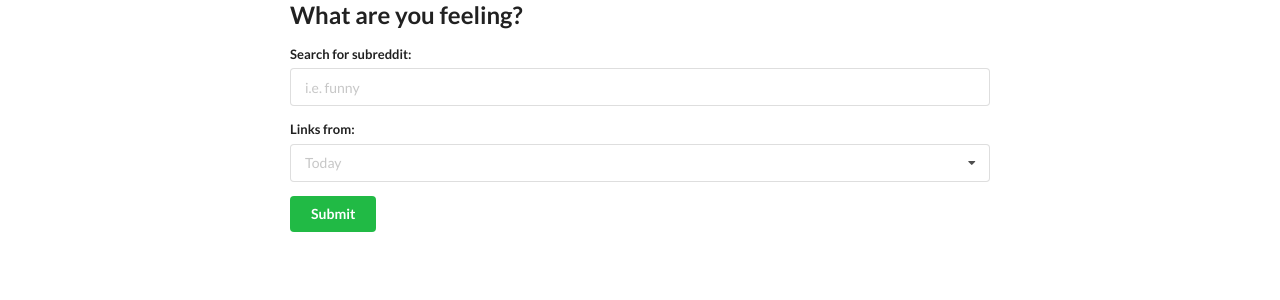
Repository: nikdmello/best-of-reddit-webapp
Page: http://localhost/
The author's editor kept a record of every edit. The page is drawn from the files as they stood at one moment, then again after the next edit.
The browser window is 1280 px wide. The pictures show the whole page.
The page is served by the project's Node server (app.js).

Above is the page before.

After the next edit:
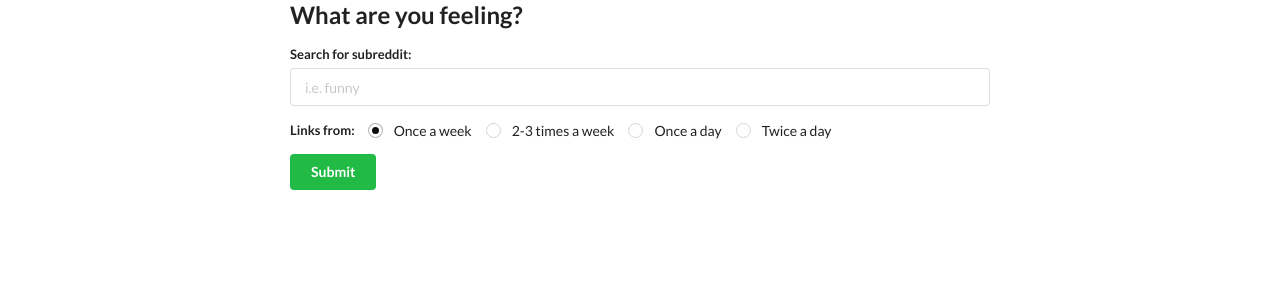
The edit:
--- a/views/search.ejs
+++ b/views/search.ejs
@@ -10,20 +10,34 @@
         <input type="text" name="search" placeholder="i.e. funny">
       </div>
 
-      <div class="field">
-        <label>Links from:</label>
-        <div class="ui selection dropdown">
-          <input type="hidden" name="gender">
-          <i class="dropdown icon"></i>
-          <div class="default text">Today</div>
-          <div class="menu">
-            <div class="item" data-value="1">Male</div>
-            <div class="item" data-value="0">Female</div>
-          </div>
-        </div>
+      <div class="inline fields">
+    <label>Links from: </label>
+    <div class="field">
+      <div class="ui radio checkbox">
+        <input type="radio" name="frequency" checked="checked">
+        <label>Once a week</label>
       </div>
+    </div>
+    <div class="field">
+      <div class="ui radio checkbox">
+        <input type="radio" name="frequency">
+        <label>2-3 times a week</label>
+      </div>
+    </div>
+    <div class="field">
+      <div class="ui radio checkbox">
+        <input type="radio" name="frequency">
+        <label>Once a day</label>
+      </div>
+    </div>
+    <div class="field">
+      <div class="ui radio checkbox">
+        <input type="radio" name="frequency">
+        <label>Twice a day</label>
+      </div>
+    </div>
+  </div>
 
       <div class="field"><button class="positive ui button">Submit</button></div>
     </div>
-
-    </form>
+  </form>
